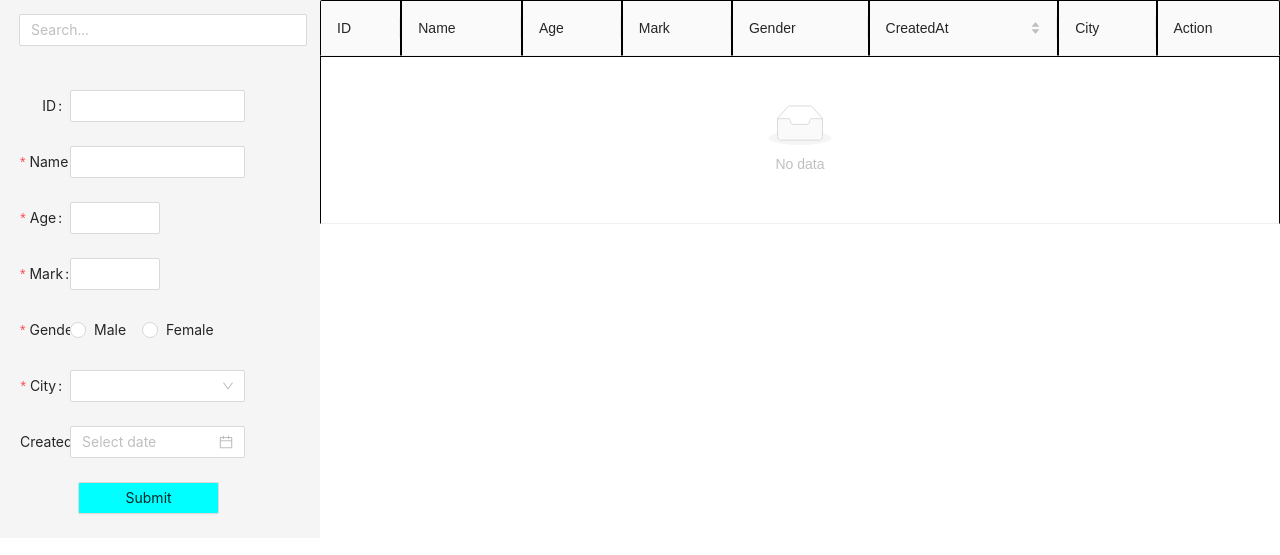
Repository: haminhdat1407/react-api-student
Page: /
The author's editor kept a copy of each file at every save. The page is drawn from the files as they stood at one save, then again after the next save.
The browser window is 1280 px wide. The pictures show the whole page.
The page's requests for data from a server got no answer. The project was rebuilt for these pictures with package versions that can differ from the ones it lists, and the page was loaded fresh each time. No one was signed in, and anything a server would have sent is missing. Also part of the build but not shown: src/styles.css.

Above is the page before, as saved 2022-03-13 22:26:23.

After the next save:
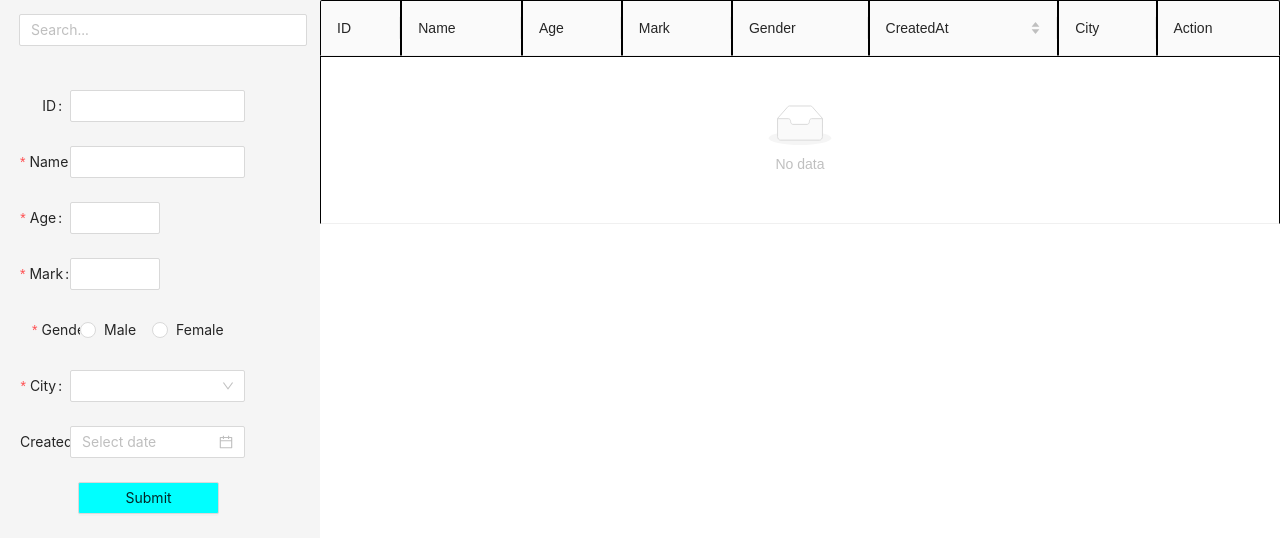
Saved 37 s later.
--- a/src/components/Form/index.jsx
+++ b/src/components/Form/index.jsx
@@ -91,6 +91,7 @@
         <Form.Item
           label='Gender'
           name='gender'
+          style={{ marginLeft: '12px' }}
           rules={[
             {
               required: true,

After the save that followed:
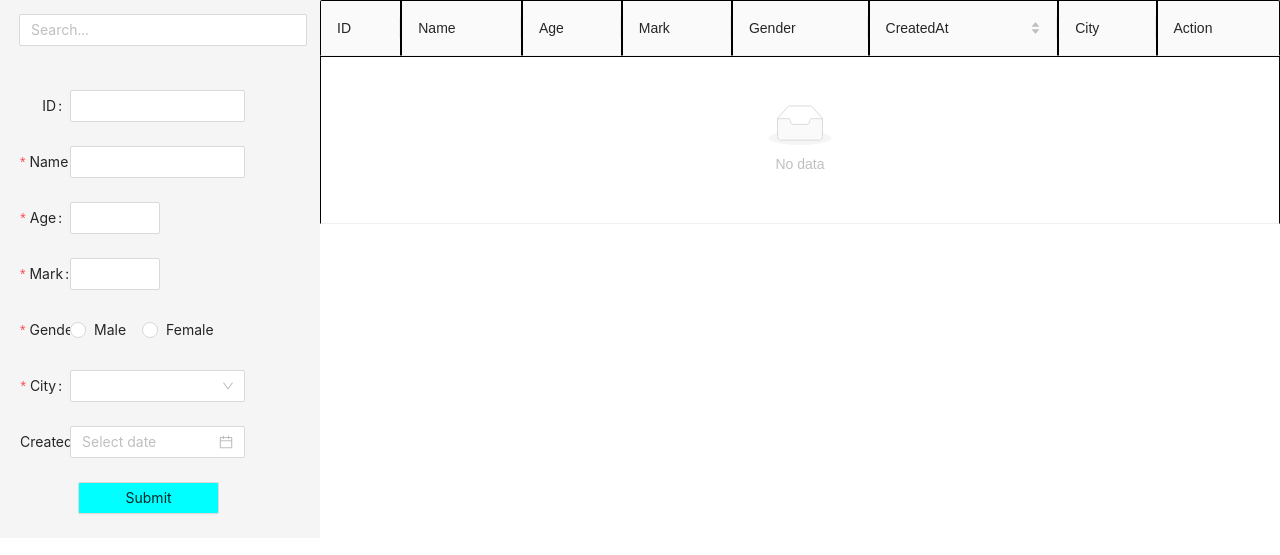
Saved 8 s later.
--- a/src/components/Form/index.jsx
+++ b/src/components/Form/index.jsx
@@ -91,7 +91,6 @@
         <Form.Item
           label='Gender'
           name='gender'
-          style={{ marginLeft: '12px' }}
           rules={[
             {
               required: true,
